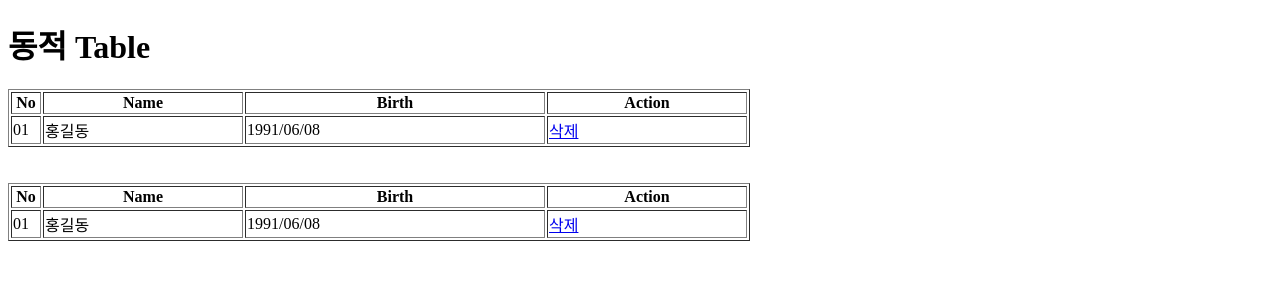
Repository: jeongho97/JQuery
Page: alloc/WebContent/index.html
These files come from the project's save history. The page is drawn as it stood at one moment and after the next save; the edit follows.
The browser window is 1280 px wide. The pictures show the whole page.

Above is the page before, as saved 2022-05-13 07:14:13.

### alloc/WebContent/index.html
<!DOCTYPE html>
<html>
<head>
<meta charset="UTF-8">
<title>Insert title here</title>
<script src="https://code.jquery.com/jquery-3.6.0.js"></script>
</head>
<body>

<h1>동적 Table</h1>

<table border="1" id="list_table">
<colgroup>

	<col style="width:30px">
	<col style="width:200px">
	<col style="width:300px">
	<col style="width:200px">

</colgroup>

<thead>
<tr>

	<th>No</th>
	<th>Name</th>
	<th>Birth</th>
	<th>Action</th>

</tr>
</thead>

<tbody>
<tr>
	<td>01</td>
	<td>홍길동</td>
	<td>1991/06/08</td>
	<td><a href="#" class="delete-link">삭제</a></td>
</tr>
</tbody>


</table>

<br><br>

<table border="1" id="append_table">
<colgroup>
	<col style="width:30px">
	<col style="width:200px">
	<col style="width:300px">
	<col style="width:200px">
</colgroup>

<thead>
<tr>

	<th>No</th>
	<th>Name</th>
	<th>Birth</th>
	<th>Action</th>

</tr>
</thead>

<tbody>
<tr>
	<td>01</td>
	<td>홍길동</td>
	<td>1991/06/08</td>
	<td><a href="#" class="delete-link">삭제</a></td>
</tr>
</tbody>

</table>
</body>
</html>

After the next save:
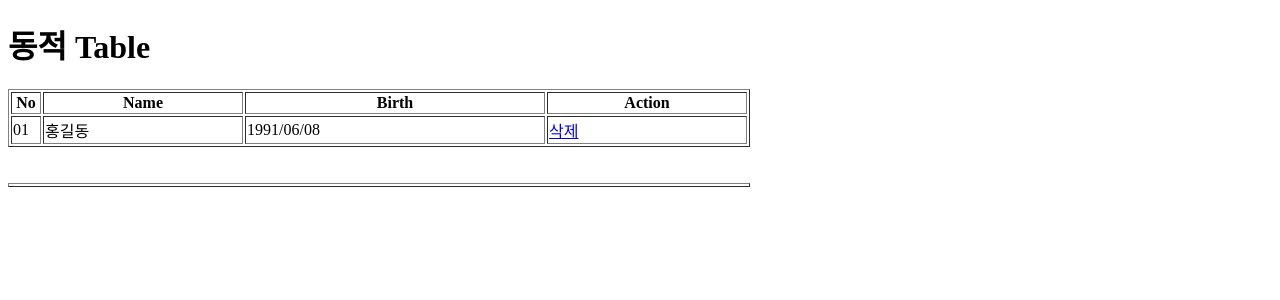
Saved 7 s later.
--- a/alloc/WebContent/index.html
+++ b/alloc/WebContent/index.html
@@ -53,23 +53,11 @@
 </colgroup>
 
 <thead>
-<tr>
 
-	<th>No</th>
-	<th>Name</th>
-	<th>Birth</th>
-	<th>Action</th>
-
-</tr>
 </thead>
 
 <tbody>
-<tr>
-	<td>01</td>
-	<td>홍길동</td>
-	<td>1991/06/08</td>
-	<td><a href="#" class="delete-link">삭제</a></td>
-</tr>
+
 </tbody>
 
 </table>
